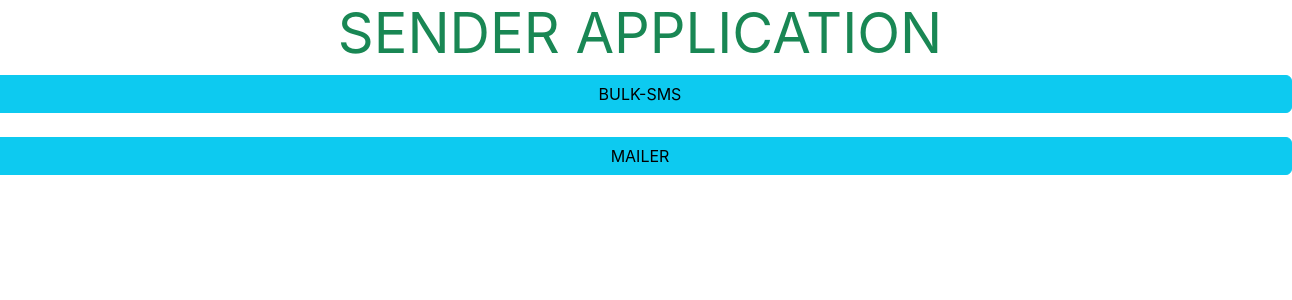
Repository: oluwaseyi9325/react-redux
Page: /mailer
An editor plug-in stored every save of this project. The page is shown before and after the next save, followed by the edit.
The browser window is 1280 px wide. The page is 1292 px wide, so the pictures cover 1292 px, including what lies to the right of the window. The pictures show the whole page.
The project was rebuilt for these pictures with package versions that can differ from the ones it lists, and the page was loaded fresh each time. Also part of the build but not shown: src/Pages/Index.tsx, src/Pages/NotFond.tsx.

Above is the page before, as saved 2023-04-18 17:16:41.

### public/index.html
<!DOCTYPE html>
<html lang="en">

<head>
  <meta charset="utf-8" />
  <link rel="icon" href="%PUBLIC_URL%/favicon.ico" />
  <meta name="viewport" content="width=device-width, initial-scale=1" />
  <meta name="theme-color" content="#000000" />
  <meta name="description" content="Web site created using create-react-app" />
  <link rel="apple-touch-icon" href="%PUBLIC_URL%/logo192.png" />
  <link rel="manifest" href="%PUBLIC_URL%/manifest.json" />
  <link href="https://cdn.jsdelivr.net/npm/bootstrap@5.2.3/dist/css/bootstrap.min.css" rel="stylesheet" integrity="sha384-rbsA2VBKQhggwzxH7pPCaAqO46MgnOM80zW1RWuH61DGLwZJEdK2Kadq2F9CUG65" crossorigin="anonymous">
  <script src="https://cdn.jsdelivr.net/npm/bootstrap@5.2.3/dist/js/bootstrap.bundle.min.js" integrity="sha384-kenU1KFdBIe4zVF0s0G1M5b4hcpxyD9F7jL+jjXkk+Q2h455rYXK/7HAuoJl+0I4" crossorigin="anonymous"></script>
  <link rel="stylesheet" href="https://cdn.jsdelivr.net/npm/bootstrap-icons@1.10.3/font/bootstrap-icons.css">
  <title>SMS SENDER</title>
</head>

<body>
  <noscript>You need to enable JavaScript to run this app.</noscript>
  <div id="root"></div>
</body>

</html>

### src/index.tsx
import React from 'react';
import ReactDOM from 'react-dom/client';
import './index.css';
import App from './App';
import reportWebVitals from './reportWebVitals';
import { BrowserRouter } from 'react-router-dom';

const root = ReactDOM.createRoot(
  document.getElementById('root') as HTMLElement
);
root.render(
  <React.StrictMode>
    <BrowserRouter>
    <App />

    </BrowserRouter>
  </React.StrictMode>
);

// If you want to start measuring performance in your app, pass a function
// to log results (for example: reportWebVitals(console.log))
// or send to an analytics endpoint. Learn more: https://bit.ly/CRA-vitals
reportWebVitals();

### src/App.tsx
import React from 'react'
import { Route, Router, Routes } from 'react-router-dom'
import Index from './Pages/Index'
import Mailer from './Pages/Mailer'
import NotFond from './Pages/NotFond'

const App = () => {

  return (
    <>
    <Routes>
      <Route path='/' element={<Index/>} />
      <Route path='/mailer' element={<Mailer/>} />
      <Route path='*' element={<NotFond/>}/>
    </Routes>
    </>
  )
}

export default App

### src/Pages/Mailer.tsx
import React from 'react'
import NavBar from '../Components/NavBar'

const Mailer = () => {
  return (
    <div>
      <NavBar/>
    </div>
  )
}

export default Mailer

### src/Components/NavBar.tsx
import React from 'react'

const NavBar = () => {
  return (
    <>

      <div className='text-center'>
        <h4 className='text-success display-4'><b>SENDER APPLICATION</b></h4>
        <div className='gap-4 row'>
            <button className='btn btn-info'>BULK-SMS</button>
            <button className='btn btn-info'>MAILER</button>
        </div>
      </div>

    </>
  )
}

export default NavBar

Loaded but not shown: src/index.css (common file); src/reportWebVitals.ts (common file)

After the next save:
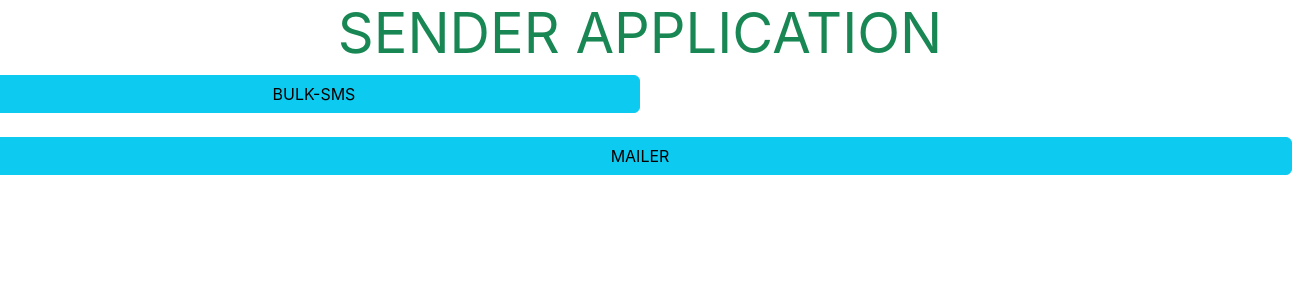
Saved 7 s later.
--- a/src/Components/NavBar.tsx
+++ b/src/Components/NavBar.tsx
@@ -7,7 +7,7 @@ const NavBar = () => {
       <div className='text-center'>
         <h4 className='text-success display-4'><b>SENDER APPLICATION</b></h4>
         <div className='gap-4 row'>
-            <button className='btn btn-info'>BULK-SMS</button>
+            <button className='btn btn-info col-6'>BULK-SMS</button>
             <button className='btn btn-info'>MAILER</button>
         </div>
       </div>
